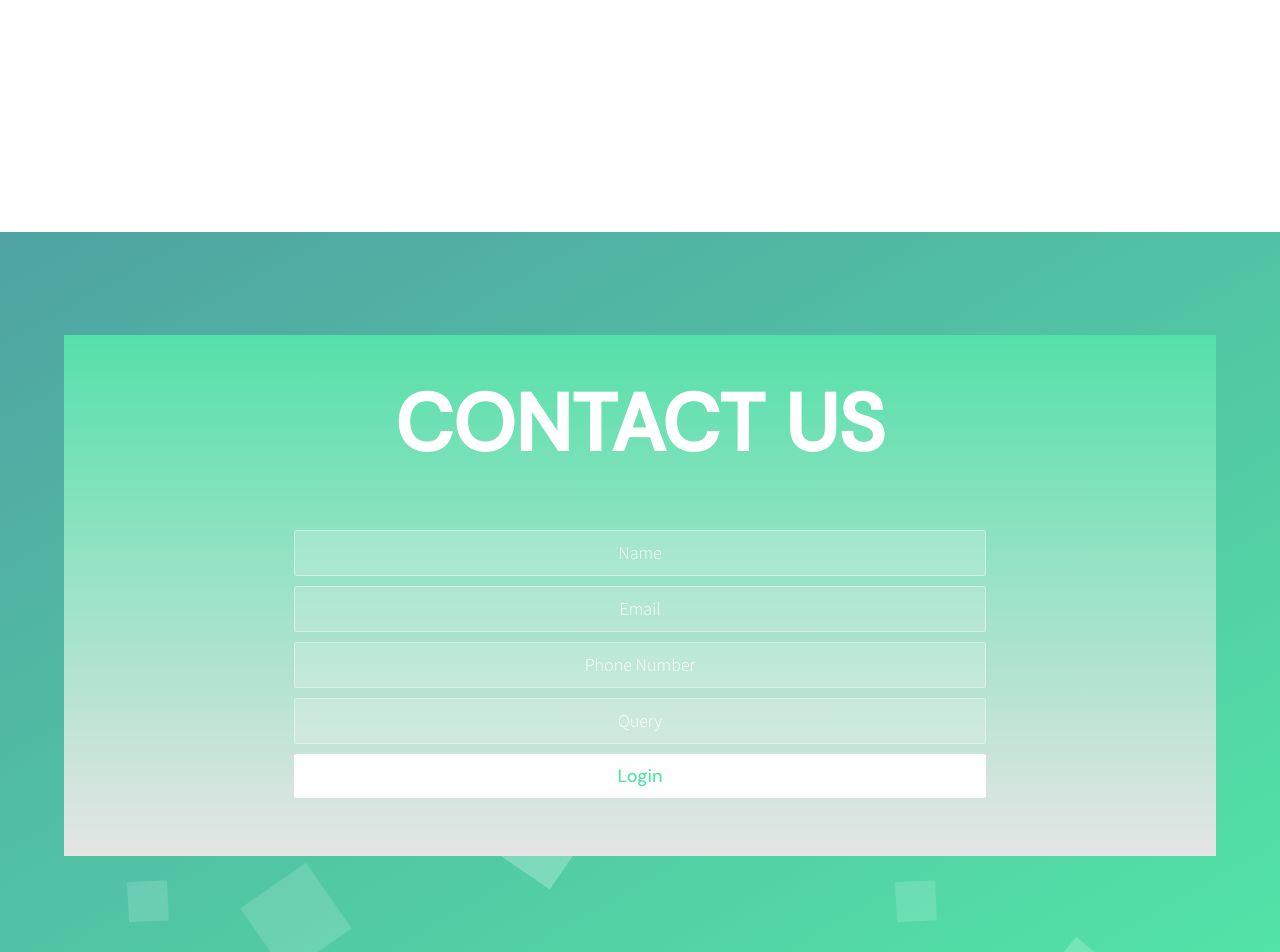
Repository: Jrap-bit/PeriodofSharing
Page: index.html
These files come from the project's save history. The page is drawn as it stood at one moment and after the next save; the edit follows.
The browser window is 1280 px wide. The pictures show the part of the page from y = 1325 to 2277 px (the page is 2277 px tall).

Above is the page before, as saved 2022-01-16 01:28:16.

### index.html
<!DOCTYPE html>
<html lang="en">
  <head>
    <meta charset="UTF-8" />
    <meta http-equiv="X-UA-Compatible" content="IE=edge" />
    <meta name="viewport" content="width=device-width, initial-scale=1.0" />
    <link rel="stylesheet" href="style.css" />
    <title>#PeriodofSharing</title>
  </head>
  <body>
    <nav>
      <div class="logo">
          <a href="#" class = "brand-title">Brand Name</a>
      </div>
      <ul>
          <li>
              <a href="#">Home</a>
          </li>
          <li>
              <a href="#">
              About
          </a>
          </li>
          <li>
              <a href="#">
              Contact
          </a>
          </li>
      </ul>
  </nav>
    <div id="Home" class="home">
      <h1>#PeriodofSharing</h1>
      <p>
        For every 30 Rupees that you donate, we will purchase one packet of sofy
        sanitary napkins that contain 8 pads. This packet of sanitary napkins
        will be distributed for free to girls in Govt. schools, slums,
        orphanages in the age group of 12 to 20.
      </p>
      <div>
        <a href="Donate.html"><button class="donate-button">Donate</button></a>
      </div>
    </div>
    <div id="About" class="about">
      <p>
        At any given time, girls across India cannot afford sanitary napkins.
        Instead they use cloth, grass, newspapers and other unhygienic materials
        that increase their risk of contracting infections. It is estimated that
        over 80% of all women in India do not have access to sanitary products
        during menstruation.
      </p>
      <p>
        Female menstruation is still considered a social taboo and as such, 9
        out of 10 girls are unaware of their menstrual cycles. The ones who are
        aware of it are not open to talking about it.
      </p>
      <p>
        Those who purchase their own sanitary products are all too familiar with
        their products being wrapped in paper to “shield” the public from any
        knowledge of the existence of a period.
      </p>
      <p>
        Our mission is to raise awareness on gender issues and bring it out in
        the open. Through our programs, we teach young girls that their
        menstrual cycles are natural, a sign of good reproductive health and is
        something they have in common with girls in countries worldwide!
        Furthermore, we hold sessions with the mothers of the girls to bring the
        topic of menstruation out into the open, allow them to ask questions and
        look at menstruation for the natural and healthy process it is.
      </p>
    </div>
    <div class="contact" id="Contact">
      <div class="wrapper">
        <div class="container">
          <form class="form">
            <h1 class="form-header">CONTACT US</h1>
            <input type="text" placeholder="Name" />
            <input type="text" placeholder="Email" />
            <input type="text" placeholder="Phone Number" />
            <input type="text" placeholder="Query" />
            <button type="submit" id="login-button">Login</button>
          </form>
        </div>
        <ul class="bg-bubbles">
          <li></li>
          <li></li>
          <li></li>
          <li></li>
          <li></li>
          <li></li>
          <li></li>
          <li></li>
          <li></li>
          <li></li>
      </ul>
      </div>
    </div>
  </body>
</html>

### style.css
@import url('https://fonts.googleapis.com/css2?family=DM+Sans:wght@500&display=swap');
@import url('https://fonts.googleapis.com/css2?family=Bebas+Neue&family=Lobster&family=Permanent+Marker&display=swap');
@import url('https://fonts.googleapis.com/css?family=Source+Sans+Pro:200,300');


* {
    box-sizing: border-box;
    font-family: 'DM Sans', sans-serif;
    font-weight: 300;
}

body {
    margin: 0;
    padding: 0;
    font-family: 'Source Sans Pro', sans-serif;
	 color: black;
	 font-weight: 300;
}

body ::-webkit-input-placeholder {
    font-family: 'Source Sans Pro', sans-serif;
    color: white;
    font-weight: 300;
}
body :-moz-placeholder {
    font-family: 'Source Sans Pro', sans-serif;
    color: white;
    opacity: 1;
    font-weight: 300;
}
body ::-moz-placeholder {
    font-family: 'Source Sans Pro', sans-serif;
    color: white;
    opacity: 1;
    font-weight: 300;
}
body :-ms-input-placeholder {
    font-family: 'Source Sans Pro', sans-serif;
    color: white;
    font-weight: 300;
}
.wrapper {
    background: #50a3a2;
    background: -webkit-linear-gradient(top left,#50a3a2 0%,#53e3a6 100%);
    background: -moz-linear-gradient(top left,#50a3a2 0%,#53e3a6 100%);
    background: -o-linear-gradient(top left,#50a3a2 0%,#53e3a6 100%);
    background: linear-gradient(to bottom right,#50a3a2 0%,#53e3a6 100%);
    position: absolute;
    left: 0;
    width: 100%;
    height: 100vh;
    overflow: hidden;
}
.wrapper.form-success .container h1 {
    transform: translateY(85px);
}
.container {
    max-width: 90%;
    margin: 8% auto;
    padding: 0px 0;
    height: 50%;
    text-align: center;
}

.form-header{
    font-family: 'DM Sans', sans-serif;
    color: #fff;
    margin-top: -20px;
    font-weight: 600;
    font-size: 5rem;
}

form {
    display:flexbox;
    justify-content: center;
    align-items: center;
    background: linear-gradient(#55e0a9, rgba(231, 231, 231, 0.8)), #ddd;
    padding: 5% 0;
    position: relative;
    z-index: 2;
}
form input {
    display: block;
    appearance: none;
    outline: 0;
    border: 1px solid rgba(255,255,255,0.4);
    background-color: rgba(255,255,255,0.2);
    width: 60%;
    border-radius: 3px;
    padding: 10px 15px;
    margin: 0 auto 10px auto;
    text-align: center;
    font-size: 18px;
    color: white;
    transition-duration: 0.25s;
    font-weight: 300;
}
form input:hover {
    background-color: rgba(255,255,255,0.4);
}
form input:focus {
    background-color: white;
    width: 80%;
    color: #53e3a6;
}
form button {
    appearance: none;
    outline: 0;
    background-color: white;
    border: 0;
    padding: 10px 15px;
    color: #53e3a6;
    border-radius: 3px;
    width: 60%;
    cursor: pointer;
    font-size: 18px;
    transition-duration: 0.25s;
}
form button:hover {
    background-color: #f5f7f9;
}

html{
    scroll-behavior: smooth;
}

.donate-button{
    appearance: none;
    outline: 0;
    background-color: white;
    border: 0;
    padding: 10px 15px;
    color: #53e3a6;
    border-radius: 3px;
    width: 250px;
    cursor: pointer;
    font-size: 18px;
    transition-duration: 0.25s;
}
.donate-button:hover{
    background-color: #f5f7f9;
}

.brand-title{
    font-family: 'Lobster', cursive;
    font-size: 3rem;
    margin: 10px 50px;
    margin-bottom: 15px;
    margin-left: 2%;

}

nav a{
    text-decoration: none;
    color: white;
}
nav a::after{
    text-decoration: none;
}

nav {
    padding-left: 100px;
    padding-right: 100px;
}

nav,
nav ul {
    display: flex;
    justify-content: space-around;
    align-items: center;
    width: 100%;
}

nav {
    background-color: #283646;
    height: 80px;
}

nav ul li {
    font-size: 1.3rem;
    font-family: 'Montserrat', sans-serif;
    list-style-type: none;
}

nav ul li a {
    text-decoration: none;
    color: white;
}

nav ul li a:hover {
    color: yellowgreen;
}

@media only screen and (max-width: 768px) {
    nav {
        padding: unset !important
    }
}

@media only screen and (max-width: 576px) {
    nav,
    nav ul {
        height: auto;
        display: flex;
        flex-flow: column wrap;
    }
    nav ul li {
        width: 100%;
    }
    nav ul li a {
        width: 100%;
        display: flex;
        align-items: center;
        justify-content: center;
        width: 100%;
        height: 50px;
    }
    nav ul li a:hover {
        color: white;
        background-color: yellowgreen;
    }
}


.about{
    height: 100vh;

}

.home{
    height: 100vh;
    background: url("https://csrbox.org/full_stories_img/1528786858Sanitary%20Pad%20Donation%20(8).JPG");
    filter: brightness(40%)
}

.bg-bubbles {
    position: absolute;
    top: 0;
    left: 0;
    width: 100%;
    height: 100%;
    z-index: 1;
}
.bg-bubbles li {
    position: absolute;
    list-style: none;
    display: block;
    width: 40px;
    height: 40px;
    background-color: rgba(255,255,255,0.15);
    bottom: -160px;
    -webkit-animation: square 25s infinite;
    animation: square 25s infinite;
    -webkit-transition-timing-function: linear;
    transition-timing-function: linear;
}
.bg-bubbles li:nth-child(1) {
    left: 10%;
}
.bg-bubbles li:nth-child(2) {
    left: 20%;
    width: 80px;
    height: 80px;
    animation-delay: 2s;
    animation-duration: 17s;
}
.bg-bubbles li:nth-child(3) {
    left: 25%;
    animation-delay: 4s;
}
.bg-bubbles li:nth-child(4) {
    left: 40%;
    width: 60px;
    height: 60px;
    animation-duration: 22s;
    background-color: rgba(255,255,255,0.25);
}
.bg-bubbles li:nth-child(5) {
    left: 70%;
}
.bg-bubbles li:nth-child(6) {
    left: 80%;
    width: 120px;
    height: 120px;
    animation-delay: 3s;
    background-color: rgba(255,255,255,0.2);
}
.bg-bubbles li:nth-child(7) {
    left: 32%;
    width: 160px;
    height: 160px;
    animation-delay: 7s;
}
.bg-bubbles li:nth-child(8) {
    left: 55%;
    width: 20px;
    height: 20px;
    animation-delay: 15s;
    animation-duration: 40s;
}
.bg-bubbles li:nth-child(9) {
    left: 25%;
    width: 10px;
    height: 10px;
    animation-delay: 2s;
    animation-duration: 40s;
    background-color: rgba(255,255,255,0.3);
}
.bg-bubbles li:nth-child(10) {
    left: 90%;
    width: 160px;
    height: 160px;
    animation-delay: 11s;
}
@-webkit-keyframes square {
    0% {
        transform: translateY(0);
   }
    100% {
        transform: translateY(-700px) rotate(600deg);
   }
}
@keyframes square {
    0% {
        transform: translateY(0);
   }
    100% {
        transform: translateY(-700px) rotate(600deg);
   }
}

After the next save:
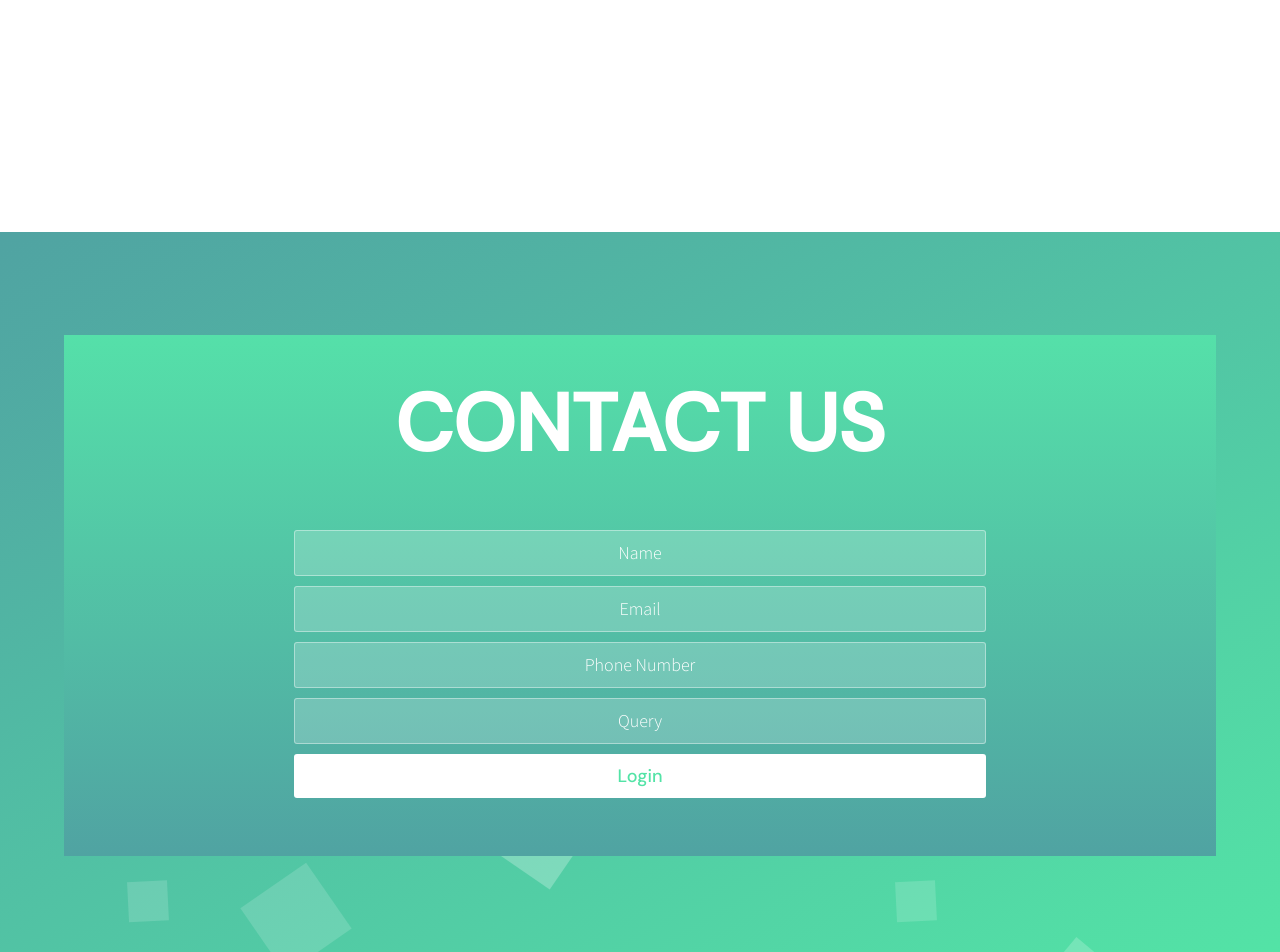
Saved 47 s later.
--- a/style.css
+++ b/style.css
@@ -74,7 +74,7 @@ form {
     display:flexbox;
     justify-content: center;
     align-items: center;
-    background: linear-gradient(#55e0a9, rgba(231, 231, 231, 0.8)), #ddd;
+    background: linear-gradient(#55e0a9, #50a3a2), #ddd;
     padding: 5% 0;
     position: relative;
     z-index: 2;
